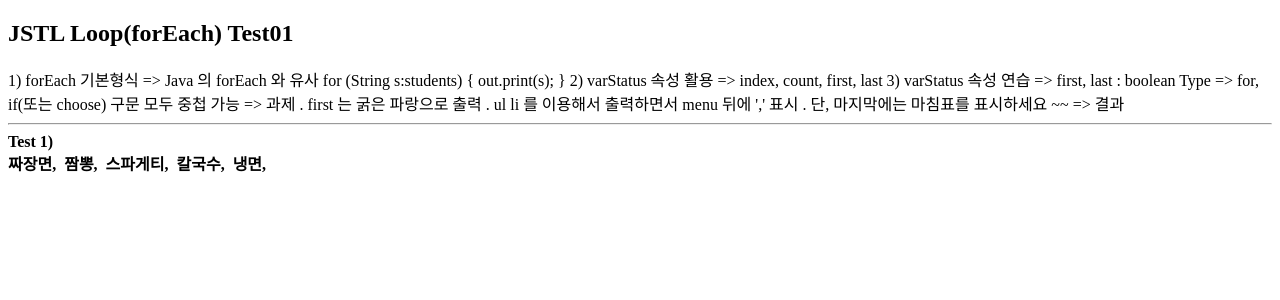
Repository: nameground/Java
Page: http://localhost/Web01/jsp05_JSTL/ex03_For01.jsp
An editor plug-in stored every save of this project. The page is shown before and after the next save, followed by the edit.
The browser window is 1280 px wide. The pictures show the whole page.
The page is served by Tomcat 9. Nobody is signed in. The application's start-up code is not run. Other server files are loaded and not shown.

Above is the page before, as saved 2023-10-13 07:45:47.

### mTest/Mywork/Web01/src/main/webapp/jsp05_JSTL/ex03_For01.jsp
<%@ page language="java" contentType="text/html; charset=UTF-8"
    pageEncoding="UTF-8"%>
<%@ taglib uri="http://java.sun.com/jsp/jstl/core" prefix="c" %>
<!DOCTYPE html>
<html>
<head>
<meta charset="UTF-8">
<title>JSTL Loop(forEach) Test01</title>
<%
	String [] menu = {"짜장면", "짬뽕", "스파게티", "칼국수", "냉면"};
	pageContext.setAttribute("menuList", menu);
%>
</head>
<body>
<h2>JSTL Loop(forEach) Test01</h2>
1) forEach 기본형식
=> Java 의 forEach 와 유사
   for (String s:students) {  out.print(s); }

2) varStatus 속성 활용
=> index, count, first, last

3) varStatus 속성 연습
=> first, last : boolean Type
=> for, if(또는 choose) 구문 모두 중첩 가능
=> 과제
   . first 는 굵은 파랑으로 출력
   . ul li 를 이용해서 출력하면서 menu 뒤에 ',' 표시
   . 단, 마지막에는 마침표를 표시하세요 ~~
=> 결과
</pre><hr>
<b>
Test 1) <br>
<c:forEach var="menu" items="${menuList}">
	${menu},&nbsp;
</c:forEach>

</body>
</html>

After the next save:
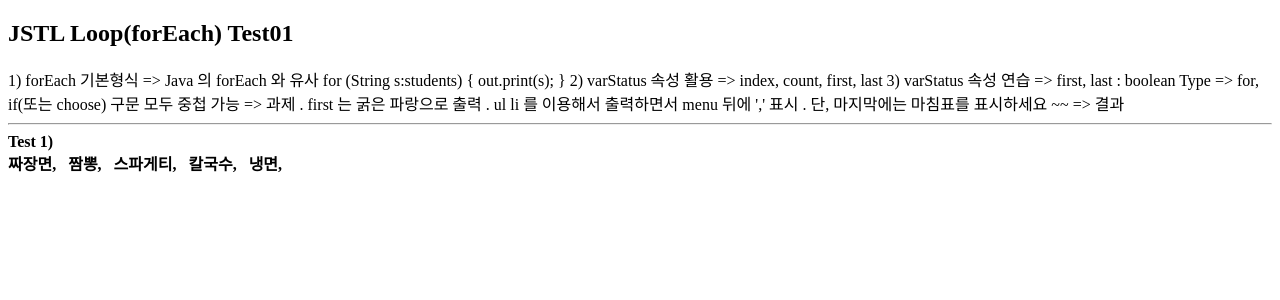
Saved 9 s later.
--- a/mTest/Mywork/Web01/src/main/webapp/jsp05_JSTL/ex03_For01.jsp
+++ b/mTest/Mywork/Web01/src/main/webapp/jsp05_JSTL/ex03_For01.jsp
@@ -32,7 +32,7 @@
 <b>
 Test 1) <br>
 <c:forEach var="menu" items="${menuList}">
-	${menu},&nbsp;
+	${menu}, &nbsp;
 </c:forEach>
 
 </body>
